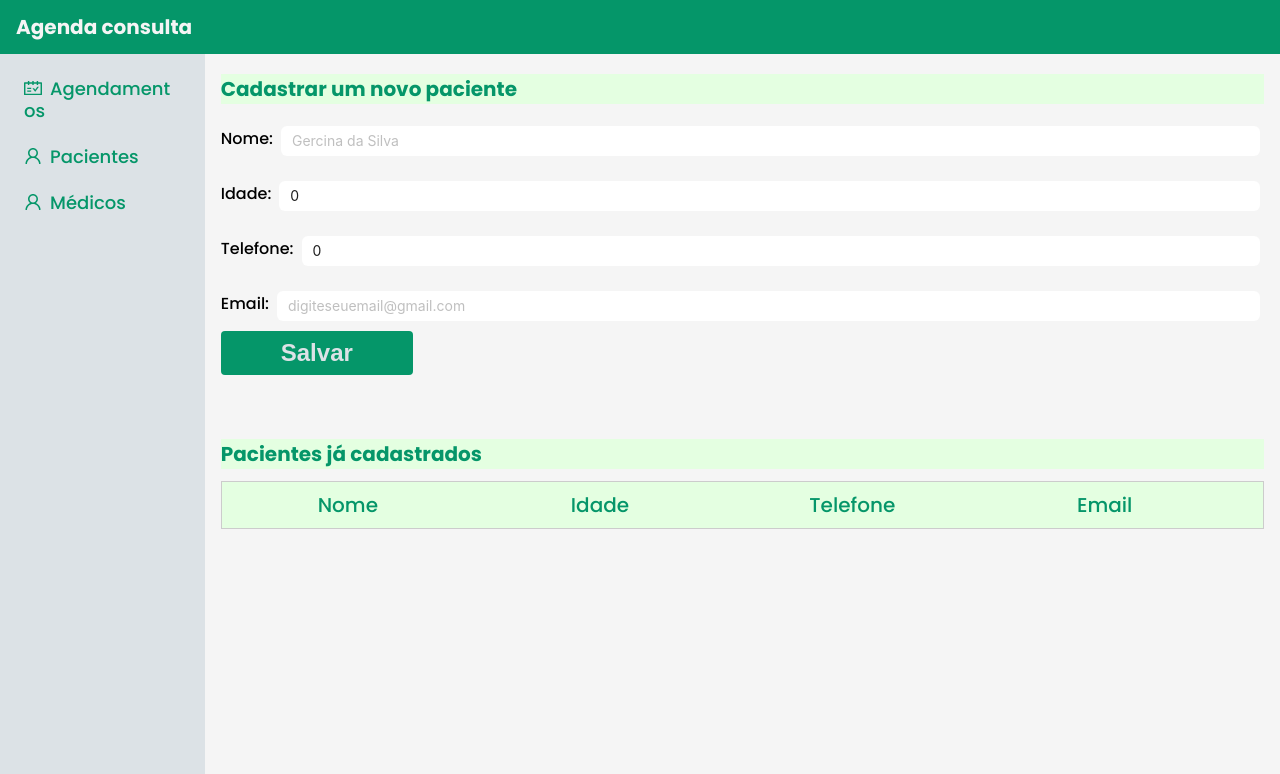
Repository: BarbaraCD/agendaconsulta
Page: /patients
These files come from the project's save history. The page is drawn as it stood at one moment and after the next save; the edit follows.
The browser window is 1280 px wide. The pictures show the whole page.
The page's requests for data from a server got no answer. The project was rebuilt for these pictures with package versions that can differ from the ones it lists, and the page was loaded fresh each time. No one was signed in, and anything a server would have sent is missing. Also part of the build but not shown: vite.config.ts, src/styles/StyleList.ts, src/components/Doctors.tsx, src/services/doctor.services.ts, src/components/InputDoctors.tsx, src/components/CreateDoctor.tsx, src/components/Patients.tsx, src/services/appointment.services.ts and 3 more.

Above is the page before, as saved 2023-08-10 08:56:02.

After the next save:
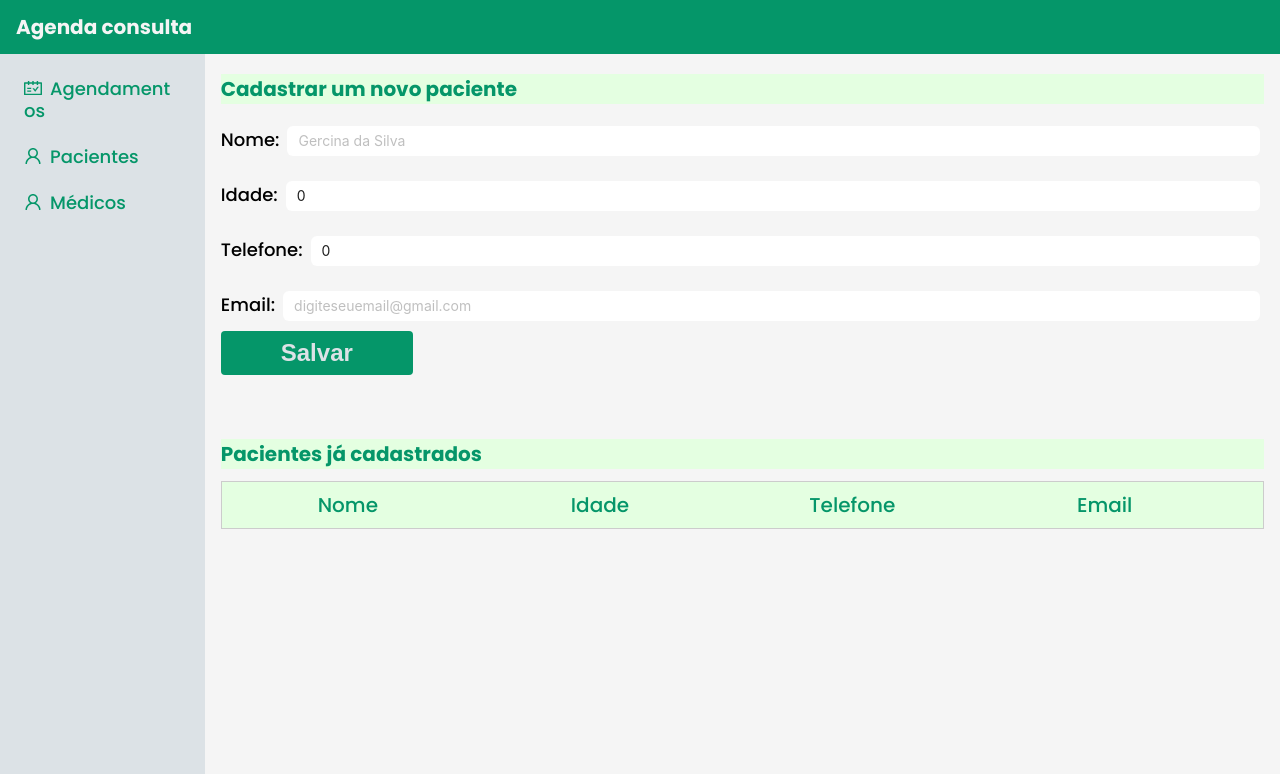
Saved 43 s later.
--- a/src/styles/InputContainer.ts
+++ b/src/styles/InputContainer.ts
@@ -20,7 +20,7 @@ export const InputContainer = styled.div`
 
   p{
     flex: 1;
-    font-size: ${(props) => props.theme.size.md};
+    font-size: ${(props) => props.theme.size.lg};
     font-weight: 500;
   }
 `
